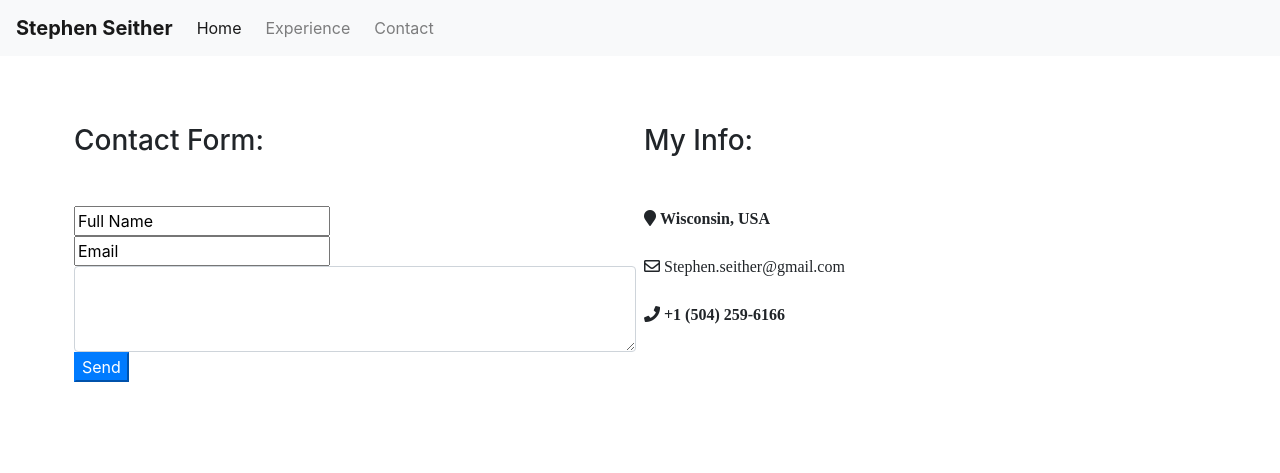
Repository: stephenseither/First-Milestone-Project
Page: contact.html
The author's editor kept a record of every edit. The page is drawn from the files as they stood at one moment, then again after the next edit.
The browser window is 1280 px wide. The pictures show the whole page.
Some web libraries are served in a nearby version.

Above is the page before.

### contact.html
<!DOCTYPE html>
<html lang="en">

<head>
    <meta charset="UTF-8">
    <meta name="viewport" content="width=device-width, initial-scale=1.0">
    <meta http-equiv="X-UA-Compatible" content="ie=edge">
    <link rel="stylesheet" href="https://stackpath.bootstrapcdn.com/bootstrap/4.3.1/css/bootstrap.min.css" integrity="sha384-ggOyR0iXCbMQv3Xipma34MD+dH/1fQ784/j6cY/iJTQUOhcWr7x9JvoRxT2MZw1T" crossorigin="anonymous">
    <link rel="stylesheet" href="https://use.fontawesome.com/releases/v5.10.2/css/all.css" integrity="sha384-rtJEYb85SiYWgfpCr0jn174XgJTn4rptSOQsMroFBPQSGLdOC5IbubP6lJ35qoM9" crossorigin="anonymous">
    <link rel="stylesheet" href="assets/css/style.css" type="text/css" />
    <title>Document</title>
</head>

<body>
     <nav class="navbar navbar-light bg-light navbar-expand-sm">
        <a href="index.html" class="navbar-brand font-weight-bold">Stephen Seither</a>

        <button class="navbar-toggler ml-auto" type="button" data-toggle="collapse" data-target="#navbarNavDropdown" aria-controls="navbarNavDropdown" aria-expanded="false" aria-label="Toggle navigation">
            <span class="navbar-toggler-icon"></span></button>

        <div class="collapse navbar-collapse" id="navbarNavDropdown">

            <ul class="navbar-nav mr-auto">
                <li class="active nav-item mr-2"><a class="nav-link" href="index.html">Home</a></li>
                <li class="nav-item mr-2"><a class="nav-link" href="experience.html">Experience</a></li>
                <li class="nav-item mr-2"><a class="nav-link" href="contact.html">Contact</a></li>
            </ul>

        </div>
    </nav>
    <div class="container mt-3">
        <div class="row">
            <div class="col-sm-6 col-md-6 my-5 p-1">
                <form>
                    <h3 class="mb-5">Contact Form:</h3>
                    <input type="text" name="fullname" value="Full Name">
                    <br>
                    <input type="text" name="email" value="Email">
                    <br>
                    <textarea name="message" class="form-control" id="form-message" rows="3"></textarea>
                    <button type="submit" class="button btn-primary">Send</button>
                </form>
            </div>
            <div class="col-sm-6 col-md-6 my-5 p-1">
                <h3 class="mb-5">My Info:</h3>
                <i class="fa fa-map-marker" aria-hidden="true"> Wisconsin, USA</i>
                <br>
                <br>
                <i class="far fa-envelope"> Stephen.seither@gmail.com</i>
                <br>
                <br>
                <i class="fas fa-phone"> +1 (504) 259-6166</i>
            </div>
        </div>
    </div>

    <script src="https://code.jquery.com/jquery-3.3.1.slim.min.js" integrity="sha384-q8i/X+965DzO0rT7abK41JStQIAqVgRVzpbzo5smXKp4YfRvH+8abtTE1Pi6jizo" crossorigin="anonymous"></script>
    <script src="https://cdnjs.cloudflare.com/ajax/libs/popper.js/1.14.3/umd/popper.min.js" integrity="sha384-ZMP7rVo3mIykV+2+9J3UJ46jBk0WLaUAdn689aCwoqbBJiSnjAK/l8WvCWPIPm49" crossorigin="anonymous"></script>
    <script src="https://stackpath.bootstrapcdn.com/bootstrap/4.1.3/js/bootstrap.min.js" integrity="sha384-ChfqqxuZUCnJSK3+MXmPNIyE6ZbWh2IMqE241rYiqJxyMiZ6OW/JmZQ5stwEULTy" crossorigin="anonymous"></script>
</body>

</html>

### assets/css/style.css
/*---------------------------Media Queries---------------------- */

@media (hover: none) {
    .contact-info {
        background-color: #7395ae;
        opacity: 1.2;
    }
}


/*---------------------------BG Colors---------------------- */

.bg-header {
    background-color: #8a8884;
}

.about-me {
    background-color: #87acc7;
}

.photo {
    background-color: #87acc7;
}

.contact-info {
    background-color: #7395ae;
    opacity: 0.75;
    transition: opacity .5s ease-out, font-weight .25s ease-in-out;
    -moz-transition: opacity .5s ease-out, font-weight .25s ease-in-out;
    -webkit-transition: opacity .5s ease-out, font-weight .25s ease-in-out;
    color: #fafafa;
    font-weight: normal;
}

.contact-info:hover {
    opacity: 1.2;
    font-weight: bold;
}

.bg-work-timeline {
    background-color: #87acc7;
}

.bg-school-timeline {
    background-color: #87acc7;
}

/*---------------------------Header---------------------- */

.heading {
    text-align: center;
}

.name {
    margin-top: 60px;
    color: #fff;
}

.title {
    color: #e3e1e1;
    margin-bottom: 20px;
}

.social-links {
    margin-left: 40px;
}

.social-links li a i {
    width: 32px;
    height: 32px;
    padding: 12px 2px;
    border-radius: 50%;
    font-size: 13px;
    line-height: 7px;
    text-align: center;
    color: #fafafa;
    background: #8f8f8f;
    transition: all 0.35s ease-in-out, ;
    -moz-transition: all 0.35s ease-in-out;
    -webkit-transition: all 0.35s ease-in-out;
    -o-transition: all 0.35s ease-in-out;
}

.social-links li a i:hover {
    background-color: #b8784b;
    transform: scale(1.5);
    -webkit-transform: scale(1.5);
    -moz-transform: scale(1.5);
    -o-transform: scale(1.5);
}


/*---------------------------About Me---------------------- */

.about-me {
    border-width: 2px 4px;
    border-radius: 40px;
}

.about-me p {
    width: 80%;
    margin-left: 5px;
}

.photo {
    border-width: 2px 4px;
    border-radius: 40px;
}

/*---------------------------Contact Info---------------------- */

.personal-info-item {
    margin-bottom: 10px;
    display: block;
    clear: both;
    font-size: 20px;
}

.personal-info-item .title,
.personal-info-item .value {
    display: inline-block;
    padding-right: 15px;
}

/*--------------------------Work History---------------------- */

.resume {
    background-color: #8a8884;
    text-align: center;
    color: #fafafa;
    padding: 8px;
}

.work-history {
    color: #f5f5f5;
    text-align: center;
}

.work-timeline {
    border-width: 2px 4px;
    border-radius: 40px;
}

.timeline-item {
    padding: 4em 2em 0em 2em;
    position: relative;
    color: #fafafa;
    border-left: 1px solid;
}

.timeline-item p {
    padding: 0;
    margin: 0;
}

.timeline-item:before {
    content: attr(data-dates);
    position: absolute;
    left: 2.5em;
    top: 3em;
    display: block;
    font-family: "Exo", sans-serif;
    font-weight: 500;
    font-size: 0.8em;
    padding: 0;
    margin: 0;
}

.timeline-item:after {
    width: 12px;
    height: 12px;
    display: block;
    top: 2.4em;
    position: absolute;
    left: -6px;
    border-radius: 12px;
    content: '';
    background-color: #fafafa;
}


.school {
    color: #f5f5f5;
    text-align: center;
}

.school-item {
    padding: 4em 2em 0em 2em;
    position: relative;
    color: #fafafa;
    border-left: 1px solid;
}


.school-timeline {
    border-width: 2px 4px;
    border-radius: 40px;
}

.school-item p {
    padding: 0;
    margin: 0;
}

.school-item:before {
    content: attr(data-dates);
    position: absolute;
    left: 2.5em;
    top: 3em;
    display: block;
    font-family: "Exo", sans-serif;
    font-weight: 500;
    font-size: 0.8em;
    padding: 0;
    margin: 0;
}

.school-item:after {
    width: 12px;
    height: 12px;
    display: block;
    top: 2.4em;
    position: absolute;
    left: -6px;
    border-radius: 12px;
    content: '';
    background-color: #fafafa;
}


.footer {
    background-color: #525252;
    border-radius: 25px;
}

After the next edit:
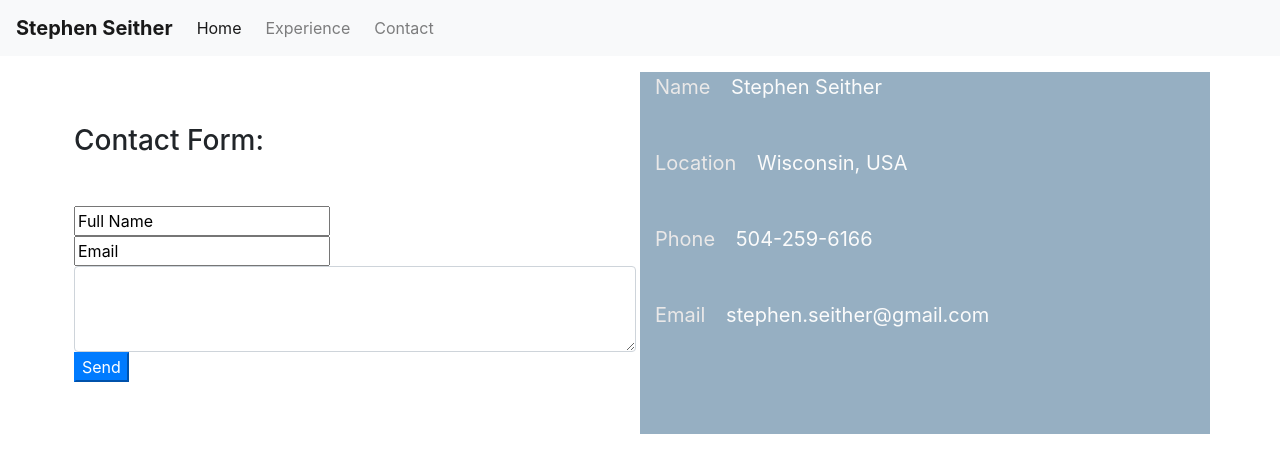
The edit:
--- a/contact.html
+++ b/contact.html
@@ -41,15 +41,55 @@
                     <button type="submit" class="button btn-primary">Send</button>
                 </form>
             </div>
-            <div class="col-sm-6 col-md-6 my-5 p-1">
-                <h3 class="mb-5">My Info:</h3>
-                <i class="fa fa-map-marker" aria-hidden="true"> Wisconsin, USA</i>
-                <br>
-                <br>
-                <i class="far fa-envelope"> Stephen.seither@gmail.com</i>
-                <br>
-                <br>
-                <i class="fas fa-phone"> +1 (504) 259-6166</i>
+            <div class="col-md-6 contact-info">
+                <div class="personal-info-item">
+                    <div class="title">
+                        <p class="uppercase">
+                            Name
+                        </p>
+                    </div>
+                    <div class="value">
+                        <p>
+                            Stephen Seither
+                        </p>
+                    </div>
+                </div>
+                <div class="personal-info-item">
+                    <div class="title">
+                        <p class="uppercase">
+                            Location
+                        </p>
+                    </div>
+                    <div class="value">
+                        <p>
+                            Wisconsin, USA
+                        </p>
+                    </div>
+                </div>
+                <div class="personal-info-item">
+                    <div class="title">
+                        <p class="uppercase">
+                            Phone
+                        </p>
+                    </div>
+                    <div class="value">
+                        <p>
+                            504-259-6166
+                        </p>
+                    </div>
+                </div>
+                <div class="personal-info-item">
+                    <div class="title">
+                        <p class="uppercase">
+                            Email
+                        </p>
+                    </div>
+                    <div class="value">
+                        <p>
+                            stephen.seither@gmail.com
+                        </p>
+                    </div>
+                </div>
             </div>
         </div>
     </div>
